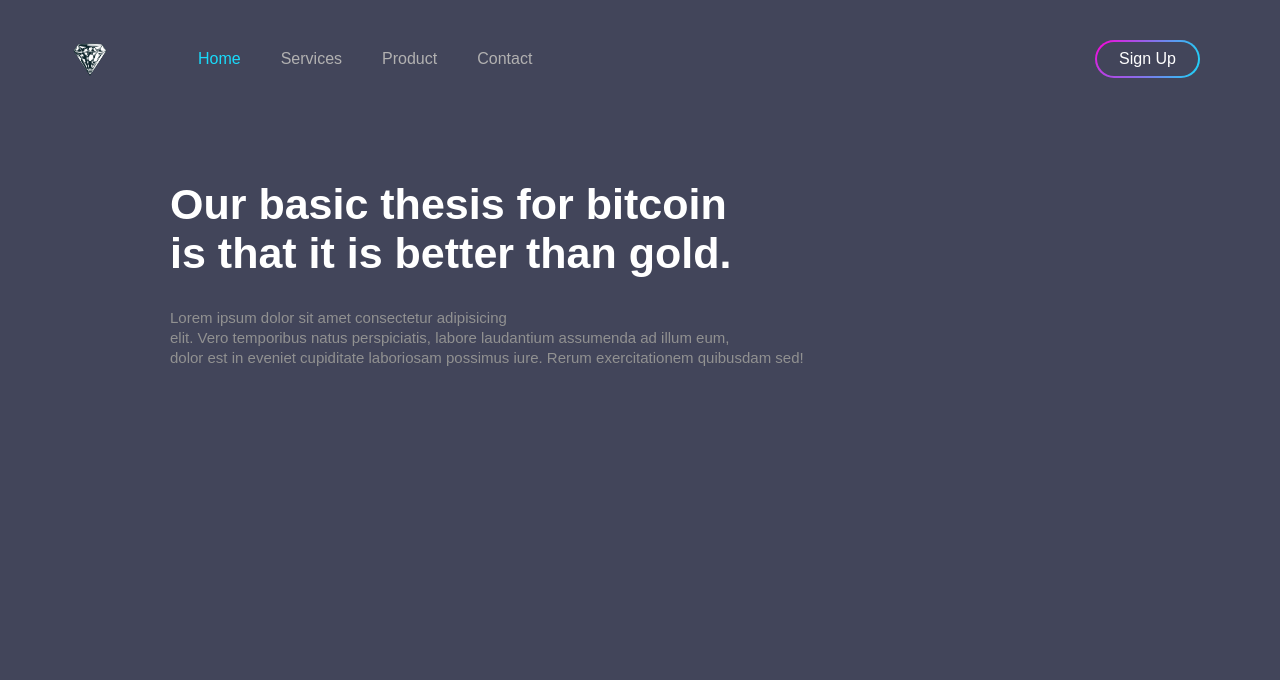
Repository: Aakarshit-Sharma19/Basic-HTML-and-CSS-Page-
Page: index.html
These files come from the project's save history. The page is drawn as it stood at one moment and after the next save; the edit follows.
The browser window is 1280 px wide. The pictures show the whole page.

Above is the page before, as saved 2020-11-10 15:29:41.
Not found: background.jpg

After the next save:
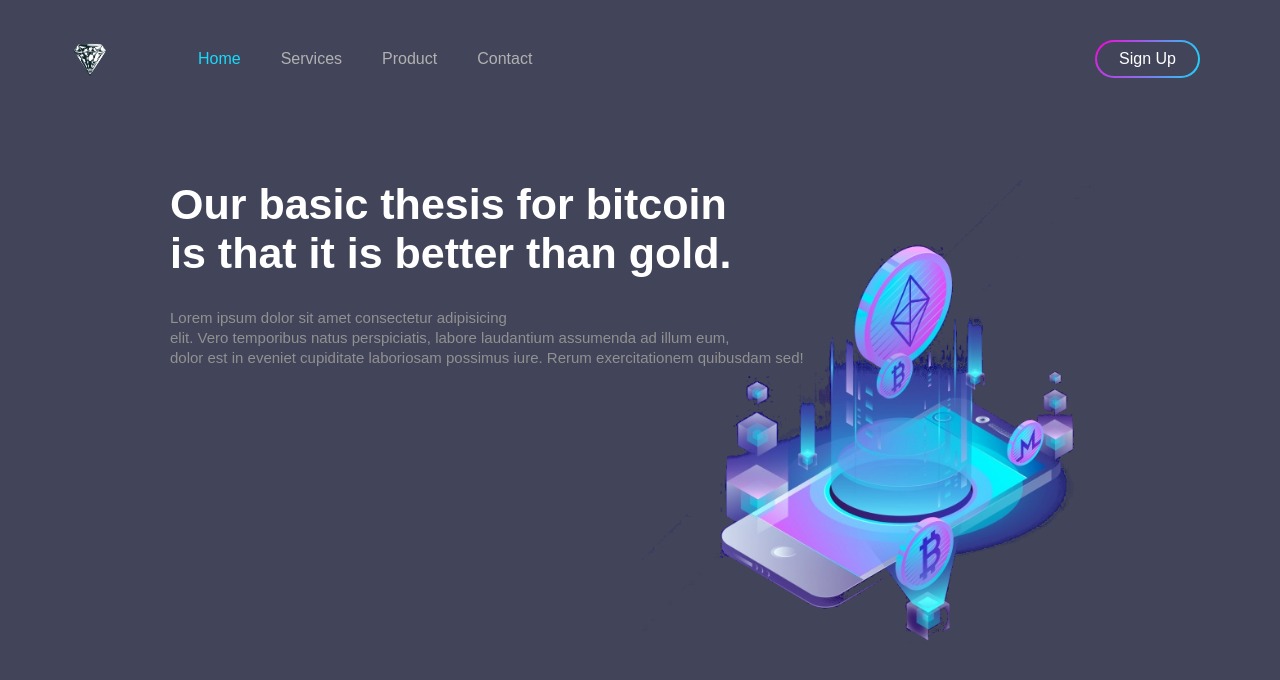
Saved 5 min 13 s later.
--- a/index.html
+++ b/index.html
@@ -28,7 +28,7 @@
                     exercitationem quibusdam sed!</p>
             </div>
             <div class="app-picture">
-                <img src="background.jpg" alt="">
+                <img src="background.png" alt="">
             </div>
         </div>
     </div>
